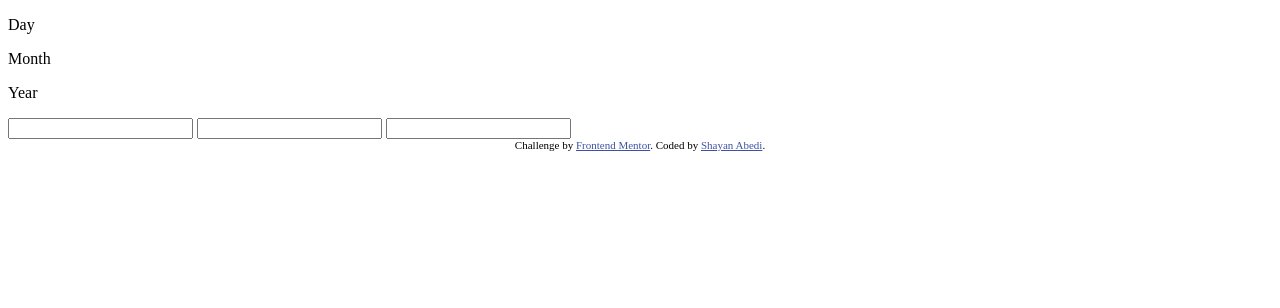
Repository: shayanabedi98/age-calculator
Page: index.html
An editor plug-in stored every save of this project. The page is shown before and after the next save, followed by the edit.
The browser window is 1280 px wide. The pictures show the whole page.

Above is the page before, as saved 2023-09-18 18:36:58.

### index.html
<!DOCTYPE html>
<html lang="en">
<head>
  <meta charset="UTF-8">
  <meta name="viewport" content="width=device-width, initial-scale=1.0">
  <link rel="icon" type="image/png" sizes="32x32" href="./assets/images/favicon-32x32.png">
  <link rel="stylesheet" href="styles.css">
  <title>Frontend Mentor | Age calculator app</title>
</head>
<body>

  <div class="grid-container">
    <div>
      <p>Day</p>
      <p>Month</p>
      <p>Year</p>
      <input type="text">
      <input type="text">
      <input type="text">
    </div>
  </div>

  <div class="attribution">
    Challenge by <a href="https://www.frontendmentor.io?ref=challenge" target="_blank">Frontend Mentor</a>.
    Coded by <a href="#">Shayan Abedi</a>.
  </div>
  <script src="index.js"></script>
</body>
</html>

Loaded but not shown: styles.css (common file); index.js (common file)

After the next save:
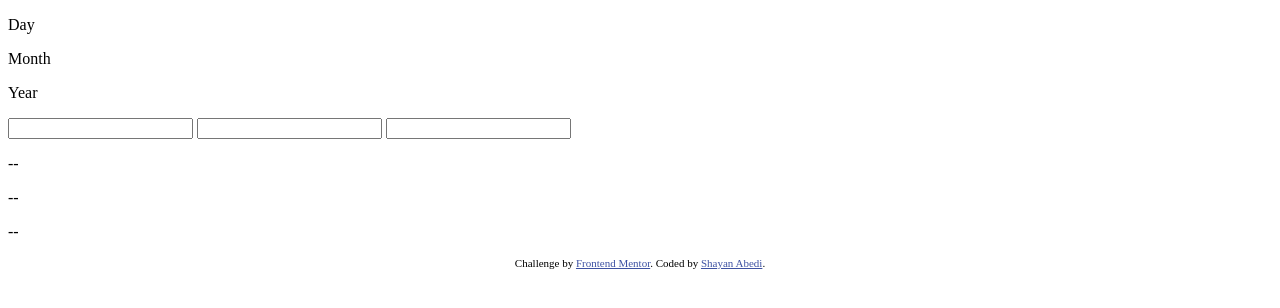
Saved 24 s later.
--- a/index.html
+++ b/index.html
@@ -18,6 +18,11 @@
       <input type="text">
       <input type="text">
     </div>
+    <div>
+      <p>--</p>
+      <p>--</p>
+      <p>--</p>
+    </div>
   </div>
 
   <div class="attribution">
